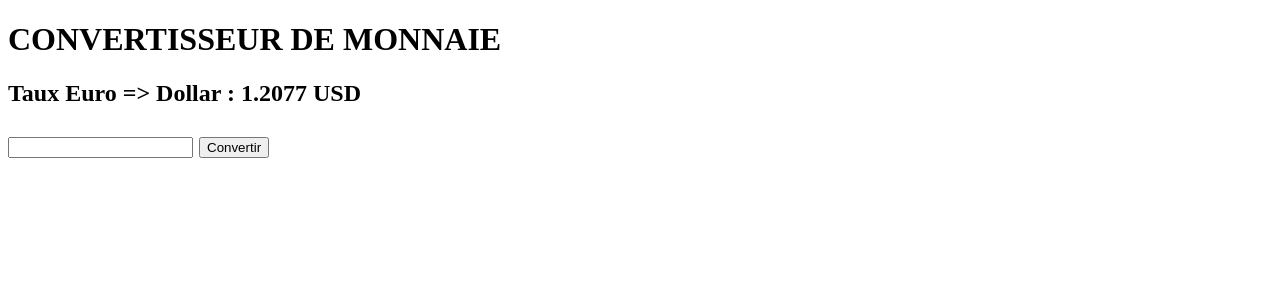
Repository: techmindconsulting/wordshiop-js
Page: index.html
The author's editor kept a copy of each file at every save. The page is drawn from the files as they stood at one save, then again after the next save.
The browser window is 1280 px wide. The pictures show the whole page.

Above is the page before, as saved 2021-01-17 12:47:01.

### index.html
<!DOCTYPE html>
<html lang="en">
<head>
    <meta charset="UTF-8">
    <meta name="viewport" content="width=device-width, initial-scale=1.0">
    <title>Convertisseur</title>
    <script src="conversion.js"></script>
</head>
<body>
    <h1>CONVERTISSEUR DE MONNAIE</h1>
    <h2>Taux Euro => Dollar : 1.2077 USD</p>
    <input type="text" id="amount">
    <input type="button" value="Convertir">
</body>
</html>

Loaded but not shown: conversion.js (common file)

After the next save:
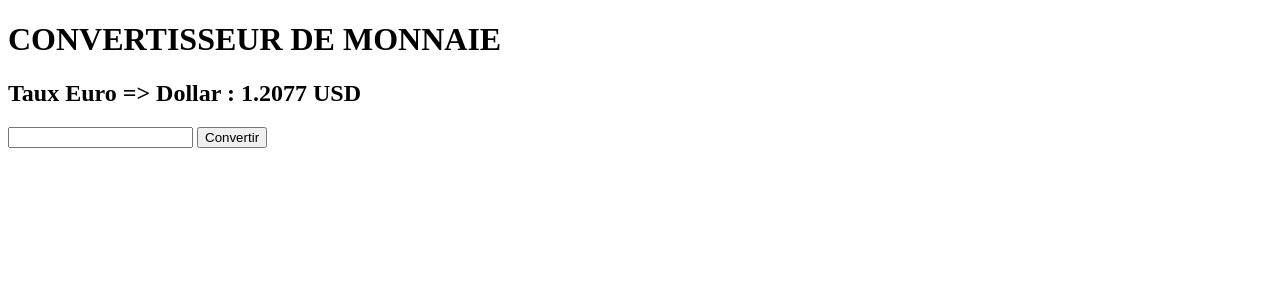
Saved 5 s later.
--- a/index.html
+++ b/index.html
@@ -8,7 +8,7 @@
 </head>
 <body>
     <h1>CONVERTISSEUR DE MONNAIE</h1>
-    <h2>Taux Euro => Dollar : 1.2077 USD</p>
+    <h2>Taux Euro => Dollar : 1.2077 USD</h2>
     <input type="text" id="amount">
     <input type="button" value="Convertir">
 </body>
